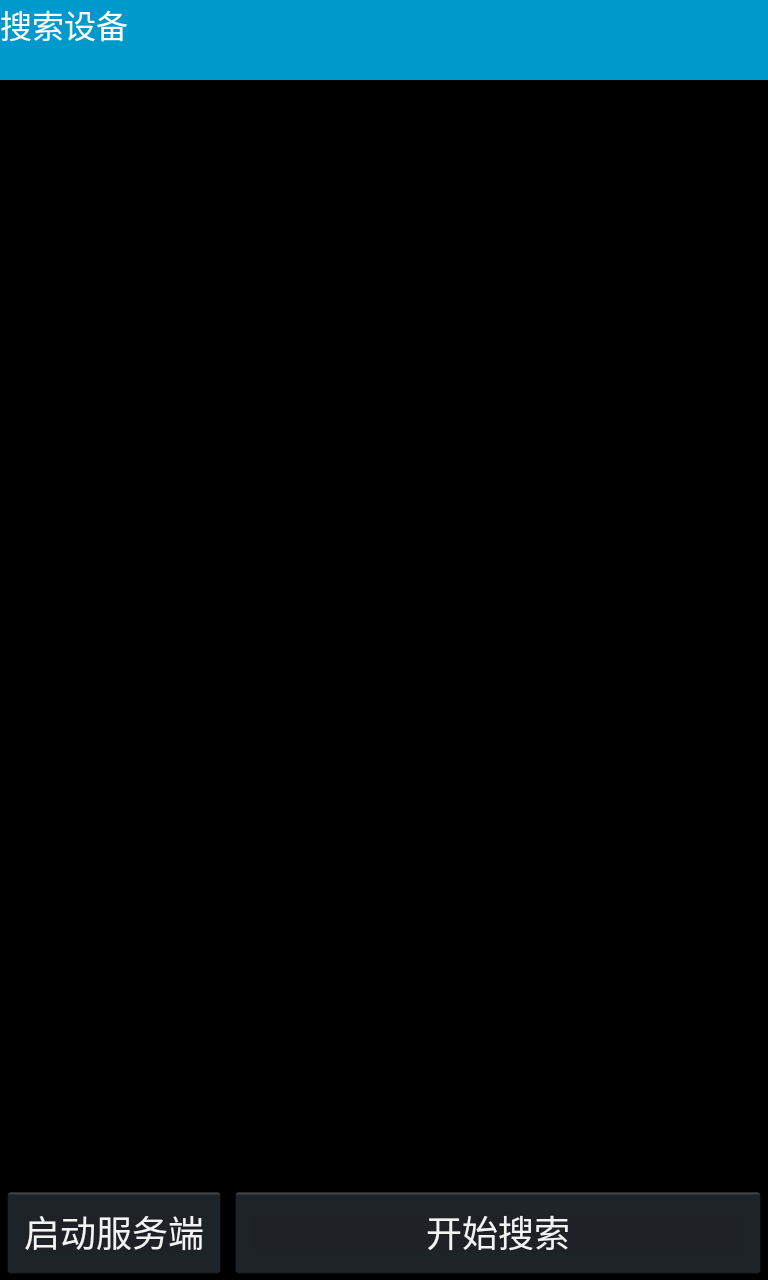
Repository: yihu0817/AndroidDemo
Layout: 蓝牙/AndroidBluetooth/res/layout/devices_layout.xml
The author's editor kept a copy of each file at every save. The layout is drawn from the files as they stood at one save, then again after the next save.
It is drawn on a 768 x 1280 px phone screen (xhdpi) without system bars, with theme android:Theme.Holo; the app's code is not run. Lists and similar views that code fills are empty.

Above is the layout before, as saved 2015-03-20 02:23:09.

### 蓝牙/AndroidBluetooth/res/layout/devices_layout.xml
<?xml version="1.0" encoding="utf-8"?>
<RelativeLayout xmlns:android="http://schemas.android.com/apk/res/android"
    android:id="@+id/devices"
    android:layout_width="fill_parent"
    android:layout_height="fill_parent"
    android:orientation="vertical" >

    <LinearLayout
        android:id="@+id/titletxt"
        android:layout_width="fill_parent"
        android:layout_height="40dp"
        android:background="@android:color/holo_blue_dark" >
        <TextView
            android:layout_width="wrap_content"
            android:layout_height="match_parent"
            android:layout_gravity="center"
            android:text="搜索设备"
            android:textColor="@android:color/white"
            android:textSize="16sp" />
    </LinearLayout>

    <RelativeLayout
        android:id="@+id/bt_bottombar"
        android:layout_width="fill_parent"
        android:layout_height="wrap_content"
        android:layout_alignParentBottom="true" >

        <Button
            android:id="@+id/start_service"
            android:layout_width="wrap_content"
            android:layout_height="wrap_content"
            android:text="启动服务端" />

        <Button
            android:id="@+id/start_seach"
            android:layout_width="fill_parent"
            android:layout_height="wrap_content"
            android:layout_toRightOf="@+id/start_service"
            android:text="开始搜索" />
    </RelativeLayout>

    <ListView
        android:id="@+id/list"
        android:layout_width="fill_parent"
        android:layout_height="fill_parent"
        android:layout_above="@id/bt_bottombar"
        android:layout_below="@id/titletxt"
        android:layout_weight="1.0"
        android:divider="#ffc6c6c6"
        android:scrollingCache="false" />

</RelativeLayout>

After the next save:
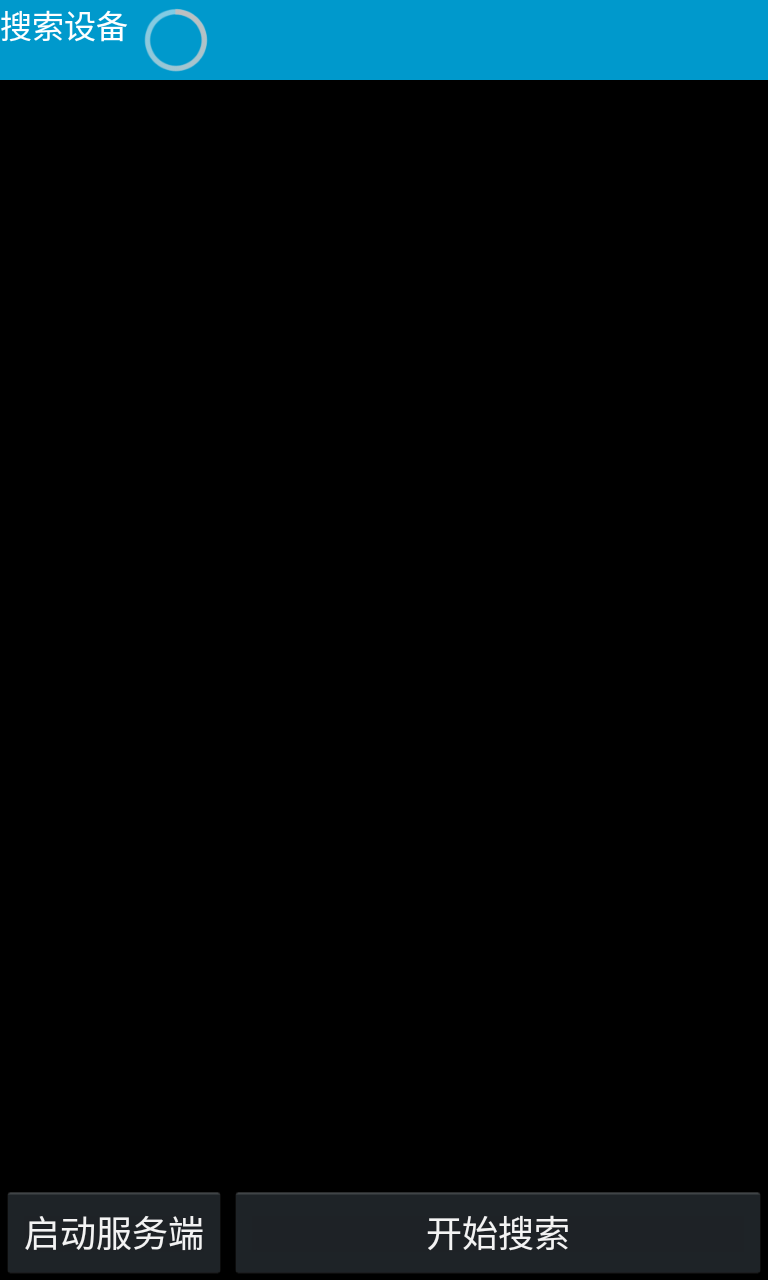
Saved 102 s later.
--- a/蓝牙/AndroidBluetooth/res/layout/devices_layout.xml
+++ b/蓝牙/AndroidBluetooth/res/layout/devices_layout.xml
@@ -17,6 +17,10 @@
             android:text="搜索设备"
             android:textColor="@android:color/white"
             android:textSize="16sp" />
+        <ProgressBar
+            android:id="@+id/progress_bar"
+            android:layout_width="wrap_content"
+            android:layout_height="wrap_content"/>
     </LinearLayout>
 
     <RelativeLayout
